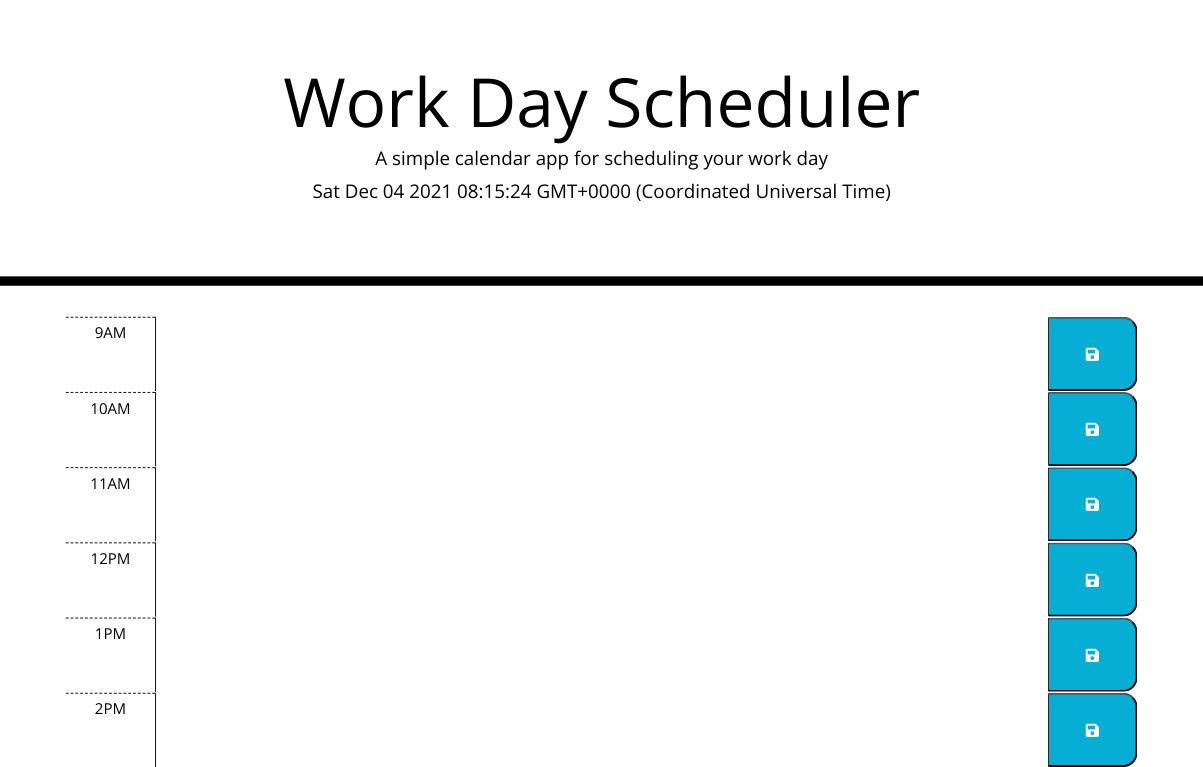
Repository: brenhamp/work-day-scheduler
Page: Develop/index.html
The author's editor kept a copy of each file at every save. The page is drawn from the files as they stood at one save, then again after the next save.
The browser window is 1280 px wide. The pictures show the whole page, at 94% of full size.
Some web libraries are served in a nearby version.

Above is the page before, as saved 2021-12-04 14:01:27.

After the next save:
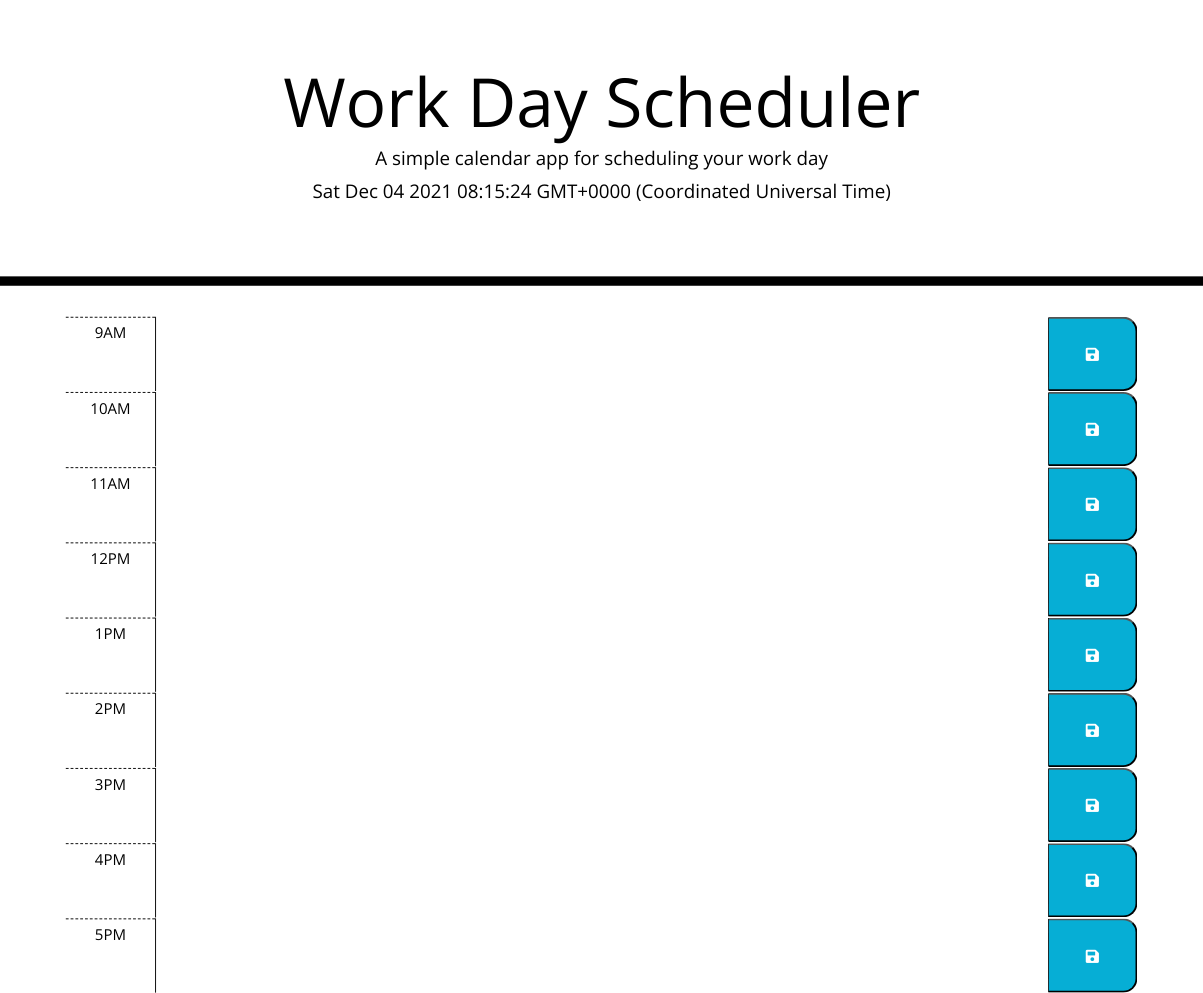
Console error: ReferenceError: valueW is not defined
Saved 73 s later.
--- a/Develop/index.html
+++ b/Develop/index.html
@@ -65,6 +65,24 @@
         <textarea class="col-10 plan"></textarea>
         <button id="2pm" class="col saveBtn"><i class="fas fa-save"></i></button>
       </div>
+
+      <div class="row time-block" id="3">
+        <div class="col-1 hour pt-2">3PM</div>
+        <textarea class="col-10 plan"></textarea>
+        <button id="3pm" class="col saveBtn"><i class="fas fa-save"></i></button>
+      </div>
+
+      <div class="row time-block" id="4">
+        <div class="col-1 hour pt-2">4PM</div>
+        <textarea class="col-10 plan"></textarea>
+        <button id="4pm" class="col saveBtn"><i class="fas fa-save"></i></button>
+      </div>
+
+      <div class="row time-block" id="5">
+        <div class="col-1 hour pt-2">5PM</div>
+        <textarea class="col-10 plan"></textarea>
+        <button id="5pm" class="col saveBtn"><i class="fas fa-save"></i></button>
+      </div>
     </div>
 
     <script src="https://code.jquery.com/jquery-3.4.1.min.js"></script>
--- a/Develop/script.js
+++ b/Develop/script.js
@@ -20,3 +20,7 @@ $(document).ready(function() {
         console.log(hourInd);
     });
 });
+
+if (valueW === hourInd) {
+
+}
